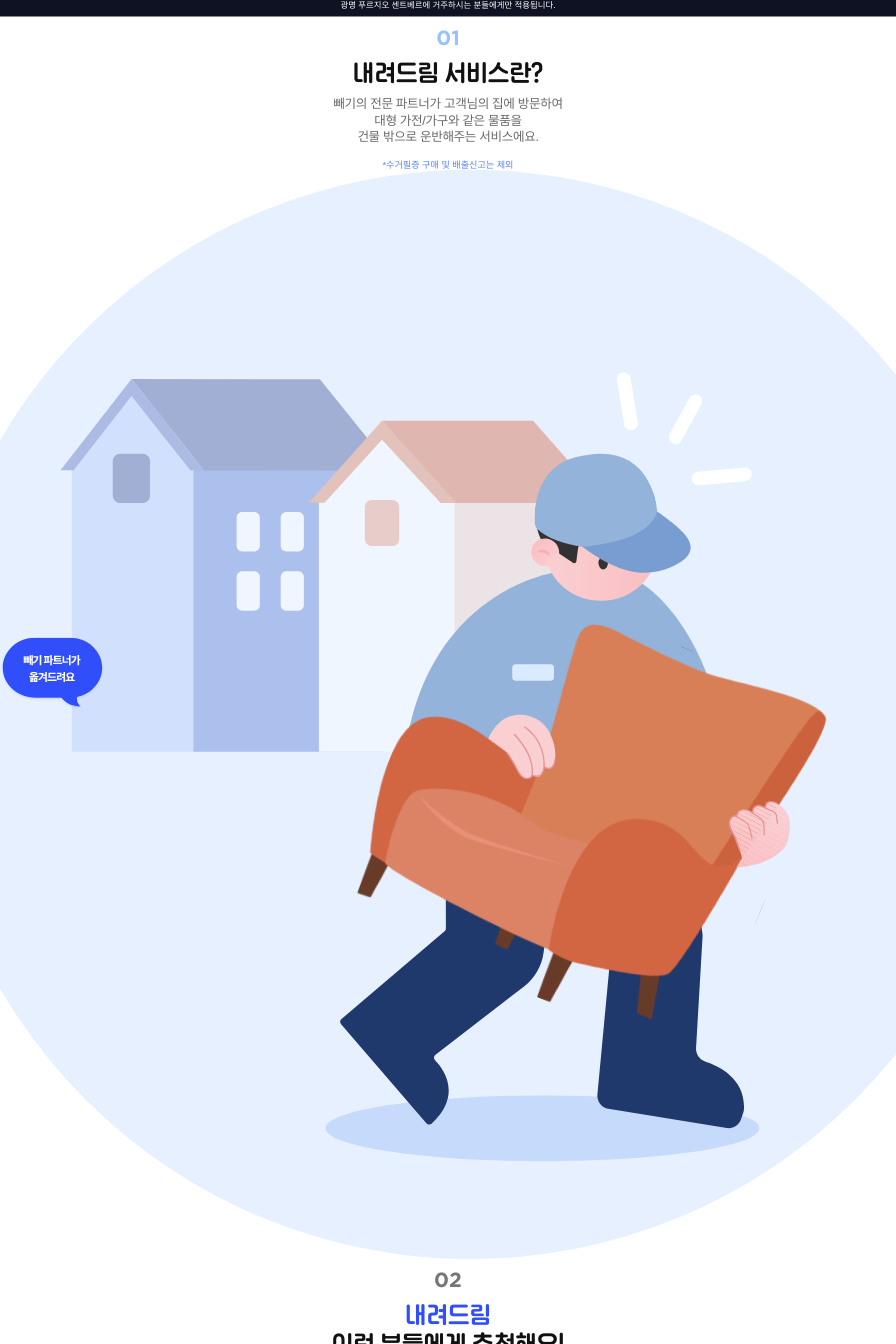
Repository: seraLeeDev/lgthinq-test
Page: index2.html
An editor plug-in stored every save of this project. The page is shown before and after the next save, followed by the edit.
The browser window is 1280 px wide. The pictures show the part of the page from y = 3451 to 5371 px (the page is 19053 px tall), at 70% of full size.
Some web fonts or font styles are not loaded; a fallback is used.

Above is the page before, as saved 2023-03-15 12:58:17.
Console error: ReferenceError: AOS is not defined

### index2.html
<!DOCTYPE html>
<html lang="ko">
  <head>
    <meta charset="UTF-8" />
    <meta http-equiv="X-UA-Compatible" content="IE=edge" />
    <meta name="viewport" content="width=device-width, initial-scale=1.0" />
    <title>빼기 | 새롭게 버리는 공식</title>
    <link as="style" rel="stylesheet" href="/css/reset.css" />
    <link as="style" rel="stylesheet" href="/css/font.css" />
    <link as="style" rel="stylesheet" href="/css/style.css" />
    <link href="https://unpkg.com/aos@2.3.1/dist/aos.css" rel="stylesheet" />
    <link
      rel="stylesheet"
      href="https://cdn.jsdelivr.net/gh/orioncactus/pretendard@v1.3.5/dist/web/static/pretendard-dynamic-subset.css"
    />
    <link
      rel="apple-touch-icon"
      sizes="57x57"
      href="/icons/apple-icon-57x57.png"
    />
    <link
      rel="apple-touch-icon"
      sizes="60x60"
      href="/icons/apple-icon-60x60.png"
    />
    <link
      rel="apple-touch-icon"
      sizes="72x72"
      href="/icons/apple-icon-72x72.png"
    />
    <link
      rel="apple-touch-icon"
      sizes="76x76"
      href="/icons/apple-icon-76x76.png"
    />
    <link
      rel="apple-touch-icon"
      sizes="114x114"
      href="/icons/apple-icon-114x114.png"
    />
    <link
      rel="apple-touch-icon"
      sizes="120x120"
      href="/icons/apple-icon-120x120.png"
    />
    <link
      rel="apple-touch-icon"
      sizes="144x144"
      href="/icons/apple-icon-144x144.png"
    />
    <link
      rel="apple-touch-icon"
      sizes="152x152"
      href="/icons/apple-icon-152x152.png"
    />
    <link
      rel="apple-touch-icon"
      sizes="180x180"
      href="/icons/apple-icon-180x180.png"
    />
    <link
      rel="icon"
      type="image/png"
      sizes="192x192"
      href="/icons/android-icon-192x192.png"
    />
    <link
      rel="icon"
      type="image/png"
      sizes="32x32"
      href="/icons/favicon-32x32.png"
    />
    <link
      rel="icon"
      type="image/png"
      sizes="96x96"
      href="/icons/favicon-96x96.png"
    />
    <link
      rel="icon"
      type="image/png"
      sizes="16x16"
      href="/icons/favicon-16x16.png"
    />
    <script type="text/javascript" src="/js/index.js"></script>
    <script src="https://unpkg.com/aos@2.3.1/dist/aos.js"></script>
  </head>
  <body>
    <div class="wrapper">
      <!-- 메인 -->
      <article class="article-box">
        <div class="box-img-full">
          <img src="./img/[LG ThinQ] main img.gif" alt="내려드림,할인드림" />
        </div>
        <div class="main-notice">
          <p>광명 푸르지오 센트베르에 거주하시는 분들에게만 적용됩니다.</p>
        </div>
      </article>
      <!-- ThinQ & 빼기 설명 -->
      <article></article>
      <!-- 내려드림 소개 -->
      <article>
        <!-- 01. 내려드림 서비스란? -->
        <section class="section-wrap">
          <div class="box-content sec1">
            <b class="index text-blue-04-variation">01</b>
            <h2 class="GGothic h2">내려드림 서비스란?</h2>
            <p class="section-desc">
              빼기의 전문 파트너가 고객님의 집에 방문하여<br />
              대형 가전/가구와 같은 물품을<br />
              건물 밖으로 운반해주는 서비스에요.
            </p>
            <small class="section-caption text-blue-03"
              >*수거필증 구매 및 배출신고는 제외</small
            >
          </div>
          <div class="box-img-bubble">
            <img
              src="/img/01_bubble.svg"
              alt="빼기 파트너가 옮겨드려요 말풍선"
            />
          </div>
          <div class="box-img-full">
            <img src="/img/01_illust.svg" alt="사람이 물건을 옮기는 일러스트" />
          </div>
        </section>
        <!-- 02. 내려드림 추천 -->
        <section>
          <div class="box-content">
            <b class="index text-gray76">02</b>
            <h2 class="GGothic h2">
              <span class="text-blue-02">내려드림</span><br />
              이런 분들에게 추천해요!
            </h2>
          </div>

          <ul class="img-card-list">
            <li>
              <img src="./img/02_illust_1.svg" alt="무거운 물건 일러스트" />
            </li>
            <li>
              <img src="./img/02_illust_2.svg" alt="저렴한 가격 일러스트" />
            </li>
            <li>
              <img src="./img/02_illust_3.svg" alt="카드 결제 일러스트" />
            </li>
          </ul>
        </section>
        <!-- 03. 가격 설명 -->
        <section class="bg-receipt">
          <div class="box-content">
            <b class="index text-blue-04">03</b>
            <h2 class="GGothic h2">
              타 업체보다 <br /><span class="text-blue-etc text-highlight"
                >평균 40% 저렴</span
              >해요!
            </h2>
            <p class="section-desc">
              타 업체 견적가 데이터 기준으로<br />
              비교한 금액이에요.
            </p>
          </div>
          <ul class="img-card-list">
            <li>
              <img src="./img/03_illust_1.svg" alt="2인용 소파 가격 그래프" />
            </li>
            <li>
              <img src="./img/03_illust_2.svg" alt="2단 서랍장 가격 그래프" />
            </li>
          </ul>
        </section>
        <!-- 04. 내려드림 신청 방법 -->
        <section class="bg-blue02">
          <div class="box-content">
            <b class="index text-blue-04">04</b>
            <h2 class="GGothic h2 text-white">내려드림 신청 방법</h2>

            <div class="box-content">
              <span class="box-chip GGothic text-white bg-orange02 font-normal"
                >신청 전 확인하기</span
              >
              <div class="box-img-half">
                <img src="./img/apply_step0.svg" alt="회원가입 이미지" />
              </div>
              <p class="text-white section-desc sec4">
                <span class="text-yellow"
                  >이벤트 페이지에서 앱으로 설치·이동 후 <br />회원가입</span
                >을 해주세요
              </p>
            </div>
            <div class="bg-indigo box-caution">
              <img
                class="img-caution"
                src="./img/cancel_impossible_100_filled_gray.svg"
                alt="주의 아이콘"
              />
              <small class="text-indigo text-caution"
                >이벤트 페이지를 통하지 않으면 할인 혜택을 받기 어려워요.<br />
                꼭! 이벤트 페이지를 통해 빼기 앱을 설치해주세요.</small
              >
            </div>
            <div>
              <span class="box-chip GGothic text-white bg-lightblue Gotham"
                >STEP 01</span
              >
              <div class="box-img-half">
                <img src="./img/apply_step1.svg" alt="내려드림 선택 이미지" />
              </div>
              <p class="text-white section-desc sec4">
                메인 - 대형폐기물 탭 - 대신 버려주세요
              </p>
            </div>

            <div>
              <span class="box-chip GGothic text-white bg-lightblue Gotham"
                >STEP 02</span
              >
              <div class="box-img-half">
                <img src="./img/apply_step2.svg" alt="배출장소 선택 이미지" />
              </div>
              <p class="text-white section-desc sec4">
                물품 정보 입력 후 신청페이지에서<br />
                배출물품을 내려놓을 장소를 입력해주세요.
              </p>
            </div>
            <div>
              <span class="box-chip GGothic text-white bg-lightblue Gotham"
                >STEP 03</span
              >
              <div class="box-img-half">
                <img src="./img/apply_step3.svg" alt="내려드림 작업 이미지" />
              </div>
              <p class="text-white section-desc sec4">
                파트너님이 방문해서<br />
                지정하신 장소에 물품을 내려드려요.
              </p>
            </div>
            <div>
              <span class="box-chip GGothic text-white bg-lightblue Gotham"
                >STEP 04</span
              >
              <div class="box-img-half">
                <img src="./img/apply_step4.svg" alt="수거필증 구매 이미지" />
              </div>
              <p class="text-white section-desc sec4">
                작업 완료 후 고객님이<br />
                수거필증을 구매해주셔야해요.
              </p>
            </div>
            <div>
              <span class="box-chip GGothic text-white bg-lightblue Gotham"
                >STEP 05</span
              >
              <div class="box-img-half">
                <img src="./img/apply_step5.svg" alt="빼기번호 부착 이미지" />
              </div>
              <p class="text-white section-desc sec4">
                수거필증 결제 후 제공되는 빼기 번호를<br />
                배출 물품에 떨어지지 않도록 부착해주세요.
              </p>
            </div>
          </div>
        </section>
      </article>
      <!-- 05 : 자주묻는 질문-->
      <article class="bg-black">
        <section>
          <div class="box-content">
            <b class="index text-blue-02">05</b>
            <h2 class="GGothic h2 text-white">자주 묻는 질문</h2>
            <p class="section-desc text-grayb9">
              내려드림과 관련한<br />
              자주 묻는 질문을 정리해뒀어요.
            </p>
          </div>

          <ul class="faq-list">
            <li>
              <div class="faq-head">
                <h5 class="font-bold text-question">Q. 내려드림이 뭐에요?</h5>
                <i class="btn-faq-toggle">
                  <img src="/img/icon_plus_24_black.svg" alt="플러스 버튼" />
                </i>
              </div>
              <p class="text-answer font-normal">
                내려드림이란 빼기의 전문 파트너가 고객님의 집에 방문하여 대형
                가전/가구와 같은 물품을 건물 밖으로 운반해주는 서비스입니다.
              </p>
            </li>
            <li>
              <div class="faq-head">
                <h5 class="font-bold text-question">
                  Q. 수거 필증을 왜 구매해야 하나요?
                </h5>
                <i class="btn-faq-toggle">
                  <img src="/img/icon_plus_24_black.svg" alt="플러스 버튼" />
                </i>
              </div>
              <p class="text-answer font-normal">
                지자체에서 발급되는 수거필증을 구매해야만 내려드림으로 신청하신
                물품이 수거가 됩니다.
              </p>
            </li>
            <li>
              <div class="faq-head">
                <h5 class="font-bold text-question">
                  Q. ThinQ 회원 5% 할인은 어떻게 받나요?
                </h5>
                <i class="btn-faq-toggle">
                  <img src="/img/icon_plus_24_black.svg" alt="플러스 버튼" />
                </i>
              </div>
              <p class="text-answer font-normal">
                이벤트 페이지 내 버튼을 통하여 빼기 앱 설치 후 광명 푸르지오
                센트베르 거주자에 한하여 할인 혜택이 적용됩니다.
              </p>
            </li>
            <li>
              <div class="faq-head">
                <h5 class="font-bold text-question">
                  Q. 일정 변경이 가능한가요?
                </h5>
                <i class="btn-faq-toggle">
                  <img src="/img/icon_plus_24_black.svg" alt="플러스 버튼" />
                </i>
              </div>
              <p class="text-answer font-normal">
                파트너 매칭 전에는 일정 변경이 언제든 가능하며, 파트너 매칭 후
                일정 변경을 희망하실 경우, 매칭 된 빼기 파트너와 직접 일정을
                협의하셔야 합니다.
              </p>
            </li>
            <li>
              <div class="faq-head">
                <h5 class="font-bold text-question">Q. 그 외 질문</h5>
                <i class="btn-faq-toggle">
                  <img src="/img/icon_plus_24_black.svg" alt="플러스 버튼" />
                </i>
              </div>
              <div>
                <p class="text-answer font-normal">
                  빼기 FAQ 페이지에서 더 많은 질문을 확인할 수 있습니다.
                </p>
                <a class="btn-faq-link">다른 질문 확인하기</a>
              </div>
            </li>
          </ul>
        </section>
        <footer>
          <div class="box-img-full">
            <img src="/img/banner.svg" alt="내려드림 이동 배너" />
          </div>
          <div class="footer-logo">
            <p class="text-white">새롭게 버리는 공식</p>
            <img src="/img/bbegi_app_logo.svg" alt="빼기 로고" />
          </div>
        </footer>
      </article>
      <!-- 플로팅 버튼 -->
      <!-- <div class="box-float">
        <button class="btn-float font-bold">빼기 바로가기</button>
      </div> -->
    </div>
  </body>
</html>

### css/font.css
@charset "UTF-8";

@font-face {
  font-family: "Pretendard";
  src: url("https://cdn.jsdelivr.net/gh/orioncactus/pretendard@v1.3.5/dist/web/static/pretendard-dynamic-subset.css");
}

@font-face {
  font-family: "HGSoftGGothicssi";
  font-style: normal;
  font-weight: 100;
  src: url(/font/HGSoftGGothicssi-00g.woff2) format("woff2"),
    url(/font/HGSoftGGothicssi-00g.woff) format("woff"),
    url(/font/HGSoftGGothicssi-00g.otf) format("opentype");
}

@font-face {
  font-family: "HGSoftGGothicssi";
  font-style: normal;
  font-weight: 200;
  src: url(/font/HGSoftGGothicssi-20g.woff2) format("woff2"),
    url(/font/HGSoftGGothicssi-20g.woff) format("woff"),
    url(/font/HGSoftGGothicssi-20g.otf) format("opentype");
}

@font-face {
  font-family: "HGSoftGGothicssi";
  font-style: normal;
  font-weight: 400;
  src: url(/font/HGSoftGGothicssi-40g.woff2) format("woff2"),
    url(/font/HGSoftGGothicssi-40g.woff) format("woff"),
    url(/font/HGSoftGGothicssi-40g.otf) format("opentype");
}

@font-face {
  font-family: "HGSoftGGothicssi";
  font-style: normal;
  font-weight: 600;
  src: url(/font/HGSoftGGothicssi-60g.woff2) format("woff2"),
    url(/font/HGSoftGGothicssi-60g.woff) format("woff"),
    url(/font/HGSoftGGothicssi-60g.otf) format("opentype");
}

@font-face {
  font-family: "HGSoftGGothicssi";
  font-style: normal;
  font-weight: 800;
  src: url(/font/HGSoftGGothicssi-80g.woff2) format("woff2"),
    url(/font/HGSoftGGothicssi-80g.woff) format("woff"),
    url(/font/HGSoftGGothicssi-80g.otf) format("opentype");
}

@font-face {
  font-family: "HGSoftGGothicssi";
  font-style: normal;
  font-weight: 900;
  src: url(/font/HGSoftGGothicssi-90g.woff2) format("woff2"),
    url(/font/HGSoftGGothicssi-90g.woff) format("woff"),
    url(/font/HGSoftGGothicssi-90g.otf) format("opentype");
}

@font-face {
  font-family: "Gotham";
  font-style: normal;
  font-weight: 700;
  src: url(/font/Gotham-Bold.woff2) format("woff2"),
    url(/font/Gotham-Bold.woff) format("woff"),
    url(/font/Gotham-Bold.otf) format("opentype");
}

### css/style.css
@charset "UTF-8";
/*
*
* TYPOGRAPHY
*
*/
html,
body,
.wrapper {
  font-family: "Pretendard", sans-serif !important;
  font-size: 10px; /*1rem: 10px*/
}
.GGothic {
  font-family: "HGSoftGGothicssi", sans-serif !important;
}
.Gotham {
  font-family: "Gotham", sans-serif !important;
}
.font-normal {
  font-weight: 400 !important;
}
.font-semiBold {
  font-weight: 600 !important;
}
.font-bold {
  font-weight: 800 !important;
}
.font-extraBold {
  font-weight: 900 !important;
}
.index {
  font-family: "Gotham", sans-serif !important;
  font-size: 6rem;
}
.h2 {
  margin-bottom: 12px;
  text-align: center;
  font-size: 7rem !important;
  line-height: 0.6;
  color: #111;
}
.section-desc {
  font-size: 1.8rem;
  line-height: 1.3;
  color: #6a6a6a;
  letter-spacing: -0.5px;
}
.section-caption {
  display: inline-block;
  margin-top: 22px;
  font-size: 13px;
}
.text-gray-01 {
  color: #111111 !important;
}
.text-blue-02 {
  color: #304ffb !important;
}
.text-blue-03 {
  color: #5980f9 !important;
}
.text-blue-04 {
  color: #8fb5ff !important;
}
.text-blue-04-variation {
  color: #98c1ff !important;
}
.text-blue-etc {
  color: #2285fa !important;
}
.text-indigo {
  color: #9aa9ff !important;
}
.text-white {
  color: #fff;
}
.text-grayb9 {
  color: #b9b9b9 !important;
}
.text-gray76 {
  color: #767676 !important;
}
.text-yellow {
  color: #ffed8f !important;
}
.index {
  margin-bottom: 15px;
}
.text-caution {
  font-size: 1.2rem;
  line-height: 1.2;
}
.text-question {
  font-size: 1.8rem;
}
.text-answer {
  width: 90%;
  margin-top: 20px;
  font-size: 1.6rem;
  line-height: 1.2;
}
.text-answer::before {
  content: "•";
  padding-right: 5px;
}
/*
*
* COMMON
*
*/

.box-img-full {
  width: 100%;
}
.box-img-full img,
.box-img-half img {
  width: 100%;
  vertical-align: bottom;
}
.box-img-half {
  width: 50%;
  margin: 0 auto;
}
.box-content {
  width: 100%;
  text-align: center;
}
.box-content .sec1 {
  padding: 90px 54px 0;
}
.box-caution {
  display: flex;
  flex-direction: column;
  justify-content: center;
  align-items: center;
  padding: 40px;
}
.box-float {
  position: fixed;
  bottom: 135px;
  display: flex;
  justify-content: center;
  align-items: center;
  width: 100%;
  height: 75px;
}
.box-chip {
  padding: 0.5rem 1.5rem;
  font-size: 2.8rem;
  font-weight: 700;
  border-radius: 50px;
  color: white;
  text-align: center;
  letter-spacing: 0;
}
.bg-orange02 {
  background-color: #f78752 !important;
}
.bg-lightblue {
  background-color: #7d9aff !important;
}
.bg-blue02 {
  background-color: #304ffb !important;
}
.bg-indigo {
  background-color: #192250 !important;
}
.bg-black {
  background-color: #262626 !important;
}
.bg-receipt {
  padding: 100px 0;
  background-color: #edf1ff;
  position: relative;
}
.bg-receipt::before,
.bg-receipt::after {
  position: absolute;
  content: "●●●●●●●●●●●●●●●●●●";
  font-size: 2rem;
  letter-spacing: 6px;
}
.bg-receipt::before {
  color: white;
  top: -10px;
}
.bg-receipt::after {
  color: #304ffb;
  bottom: -10px;
}
.img-card-list {
  width: 100%;
}
.img-card-list li {
  padding: 0 20px;
  margin-bottom: 20px;
}
.img-card-list li:last-child {
  margin: 0;
}
.img-card-list li img {
  width: 100%;
}
.main-notice {
  width: 100%;
  padding: 10px 0;
  background: #0e1222;
}
.main-notice p {
  width: 100%;
  text-align: center;
  font-size: 1.2rem;
  color: #fff;
}
/* article 1 style */
.section-wrap {
  position: relative;
}
.box-img-bubble {
  position: absolute;
  top: 50%;
  width: 150px;
}
.box-img-bubble img {
  width: 100%;
}
.sec1 .box-img-full {
  margin-top: 45px;
}

/* article 2 style */
/* article 3 style */
.text-highlight {
  padding: 0 5px;
  background: url(/img/marker_line.svg) no-repeat 50% 120%;
  background-size: 100%;
}
/* article 4 style */
.section-desc .sec4 {
  letter-spacing: -0.3px;
  font-weight: 400;
}
.img-caution {
  display: block;
  width: 30px;
}
/* article 5 style */
.faq-list {
  padding: 0 24px;
  color: #b9b9b9;
}
.faq-list li {
  padding: 30px 0;
  border-bottom: 1px solid #666666;
}
.faq-list li:last-child {
  border-bottom: none;
}
.faq-head {
  display: flex;
  justify-content: space-between;
  align-items: center;
  width: 100%;
}
/* footer */
.footer-logo {
  display: flex;
  flex-direction: column;
  justify-content: center;
  align-items: center;
  padding: 70px 0;
}
.footer-logo p {
  font-size: 1.8rem;
  margin-bottom: 10px;
}
.footer-logo img {
  width: 100px;
}
/*
*
*BUTTON
*
*/
.btn-faq-toggle {
  display: flex;
  justify-content: center;
  align-items: center;
  width: 40px;
  height: 40px;
}
.btn-faq-toggle img {
  display: block;
  width: 18px;
  height: 18px;
}
.btn-faq-link {
  display: inline-block;
  padding: 10px 15px;
  margin-top: 18px;
  border: 1px solid #b9b9b9;
  font-size: 1.6rem;
  border-radius: 50px;
}
.btn-float {
  width: 80%;
  height: 100%;
  margin: 0 auto;
  font-size: 2.4rem;
  color: white;
  background: #1331d9;
  border-radius: 50px;
  border: none;
  outline: none;
  box-shadow: 0px 10px 20px -5px rgba(0, 0, 0, 0.2);
}

Loaded but not shown: css/reset.css (common file); js/index.js (common file)

After the next save:
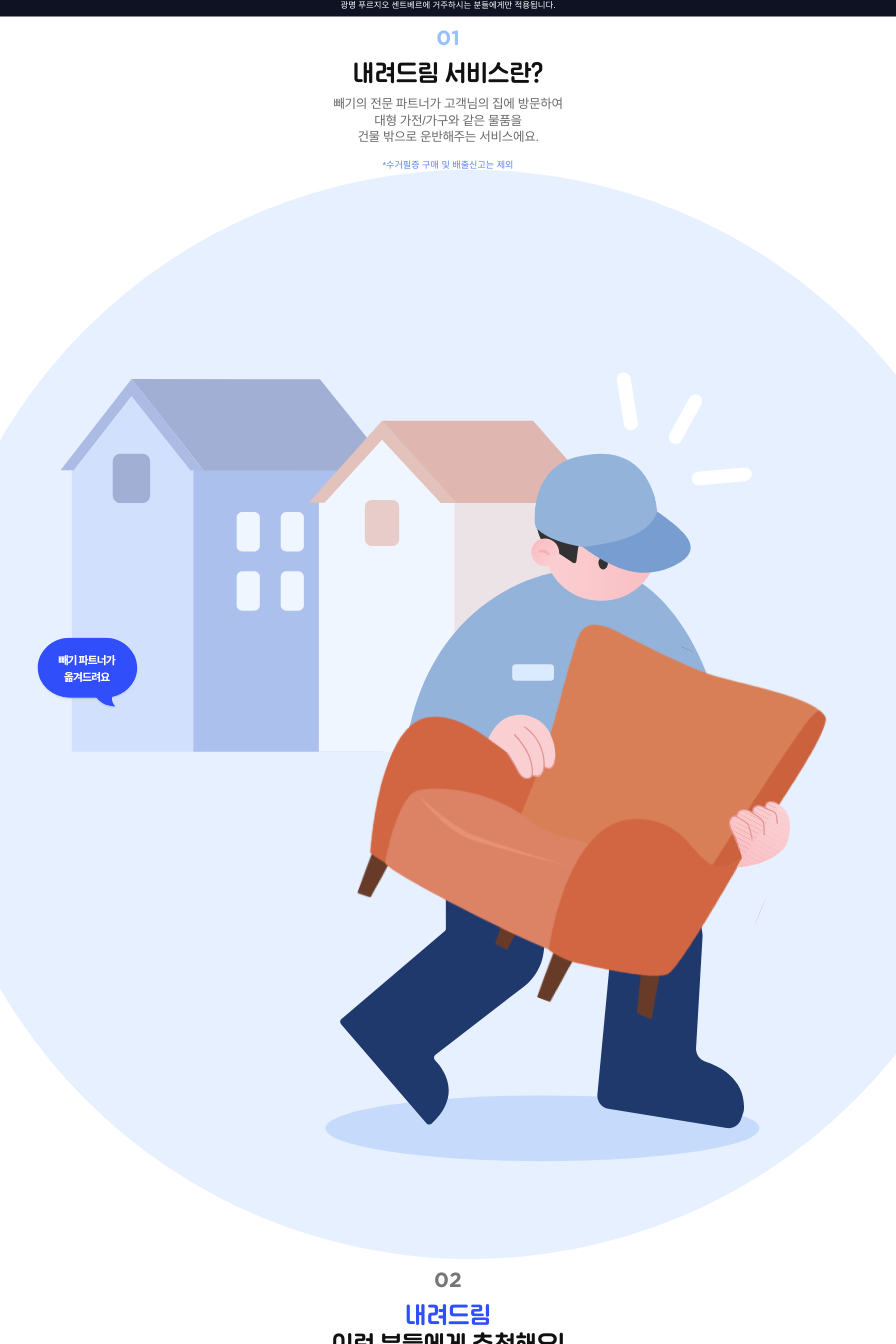
Saved 9 s later.
--- a/css/style.css
+++ b/css/style.css
@@ -219,6 +219,7 @@ body,
 .box-img-bubble {
   position: absolute;
   top: 50%;
+  left: 50px;
   width: 150px;
 }
 .box-img-bubble img {
